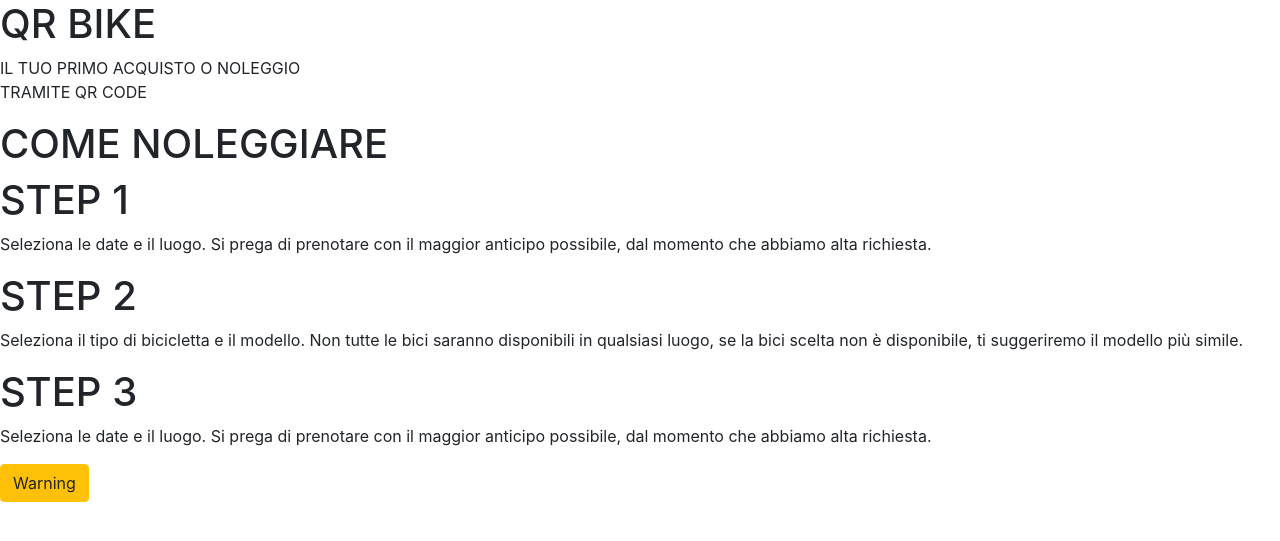
Repository: andrealepori/qrbike
Page: index.html
An editor plug-in stored every save of this project. The page is shown before and after the next save, followed by the edit.
The browser window is 1280 px wide. The pictures show the whole page.
Some web fonts or font styles are not loaded; a fallback is used.

Above is the page before, as saved 2020-09-17 21:20:02.

### index.html
<!DOCTYPE html>
<html lang="en">
<head>
    <meta charset="UTF-8">
    <meta name="viewport" content="width=device-width, initial-scale=1.0">
    <title>Home - QR BIKE</title>


	<link type="text/css" rel="stylesheet" href="css/style.css" />

</head>
<body>



  <section id="hero1" class="hero">





    <div class="inner">

      <h1 class="yellowtitle"> QR BIKE</h1>
      <p class="subtitle">IL TUO PRIMO ACQUISTO O NOLEGGIO <br> TRAMITE QR CODE</p>
      </div>

  </section>




<section>

      <h1 class="titolo">COME NOLEGGIARE </h1>

    </div>
    </div>
  </section>



  <div class="support-grid"></div>

  <section class="grid-1">
    <div class="item-1">
      <h1 class="step"><bold>STEP 1</bold> </h1>


      <p class="nero">
        Seleziona le date e il luogo.
        Si prega di prenotare con il maggior anticipo possibile,
         dal momento che abbiamo alta richiesta. </p>
    </div>
    <div class="item-2">

      <h1 class="step"><bold>STEP 2</bold> </h1>


      <p class="nero">
        Seleziona il tipo di bicicletta e il modello.
         Non tutte le bici saranno disponibili in qualsiasi luogo, se la bici scelta non è disponibile,
        ti suggeriremo il modello più simile.
        </p>


    </div>
    <div class="item-3">


      <h1 class="step"><bold>STEP 3
      </bold> </h1>


      <p class="nero">
        Seleziona le date e il luogo.
        Si prega di prenotare con il maggior anticipo possibile,
                dal momento che abbiamo alta richiesta.

        </p>


    </div>

    <button type="button" class="btn btn-warning">Warning</button>
  </section>


</body>




	<link rel="stylesheet" href="css/style.css"/>
	<!-- bootstrap-->
	<link href="https://fonts.googleapis.com/css?family=Droid+Sans:400,700" rel="stylesheet">


  <link rel="stylesheet" href="https://maxcdn.bootstrapcdn.com/bootstrap/4.5.2/css/bootstrap.min.css">
  <script src="https://ajax.googleapis.com/ajax/libs/jquery/3.5.1/jquery.min.js"></script>
  <script src="https://cdnjs.cloudflare.com/ajax/libs/popper.js/1.16.0/umd/popper.min.js"></script>
  <script src="https://maxcdn.bootstrapcdn.com/bootstrap/4.5.2/js/bootstrap.min.js"></script>
</html>

Loaded but not shown: style.css (no stored copy; drawn as an empty file)

After the next save:
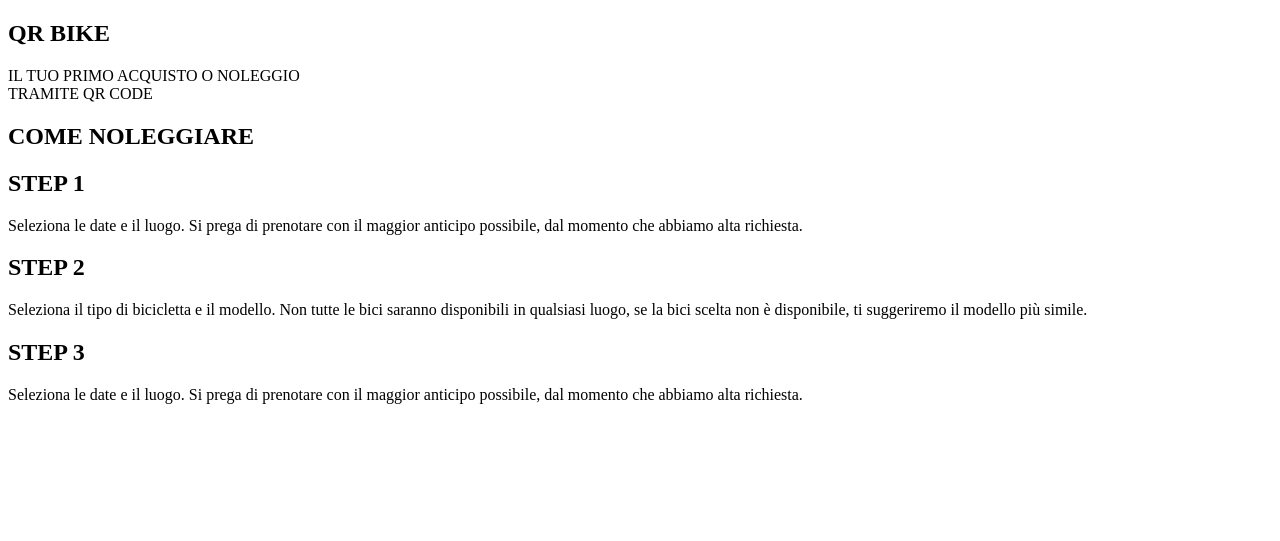
Saved 55 s later.
--- a/index.html
+++ b/index.html
@@ -82,7 +82,6 @@
 
     </div>
 
-    <button type="button" class="btn btn-warning">Warning</button>
   </section>
 
 
@@ -96,8 +95,5 @@
 	<link href="https://fonts.googleapis.com/css?family=Droid+Sans:400,700" rel="stylesheet">
 
 
-  <link rel="stylesheet" href="https://maxcdn.bootstrapcdn.com/bootstrap/4.5.2/css/bootstrap.min.css">
-  <script src="https://ajax.googleapis.com/ajax/libs/jquery/3.5.1/jquery.min.js"></script>
-  <script src="https://cdnjs.cloudflare.com/ajax/libs/popper.js/1.16.0/umd/popper.min.js"></script>
-  <script src="https://maxcdn.bootstrapcdn.com/bootstrap/4.5.2/js/bootstrap.min.js"></script>
+
 </html>
